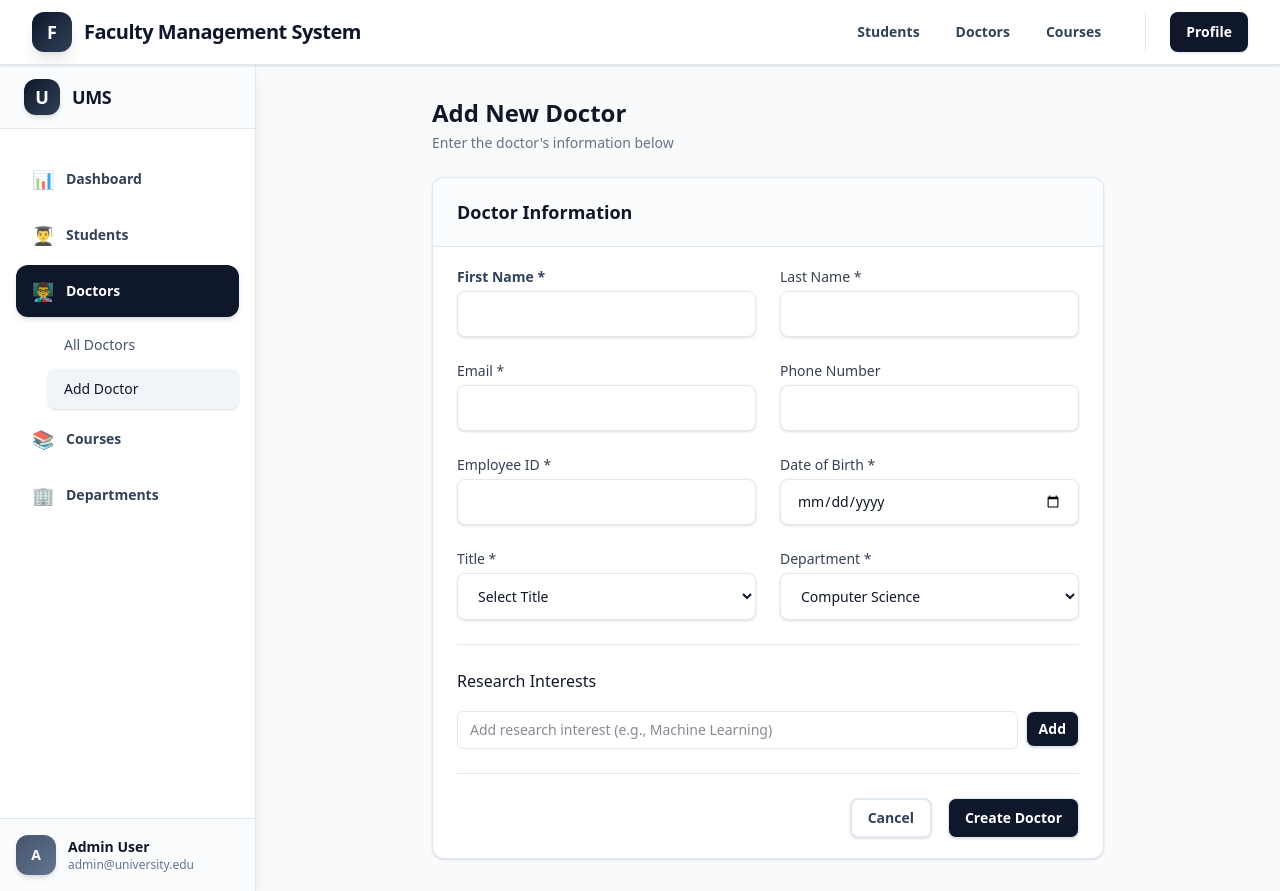
Repository: Mohamedmohsen179/Advanced-DB-Task
Page: /doctors/new (app in frontend/)
An editor plug-in stored every save of this project. The page is shown before and after a run of saves, followed by the edit.
The browser window is 1280 px wide. The pictures show the whole page.
The page's requests for data from a server got no answer. The project was rebuilt for these pictures with package versions that can differ from the ones it lists, and the page was loaded fresh each time. The framework's server and built-in components were replaced by stand-ins that run in the browser. No one was signed in, and anything a server would have sent is missing. Also part of the build but not shown: frontend/next.config.ts.

Above is the page before, as saved 2025-11-28 19:04:01.

After the next 2 saves:
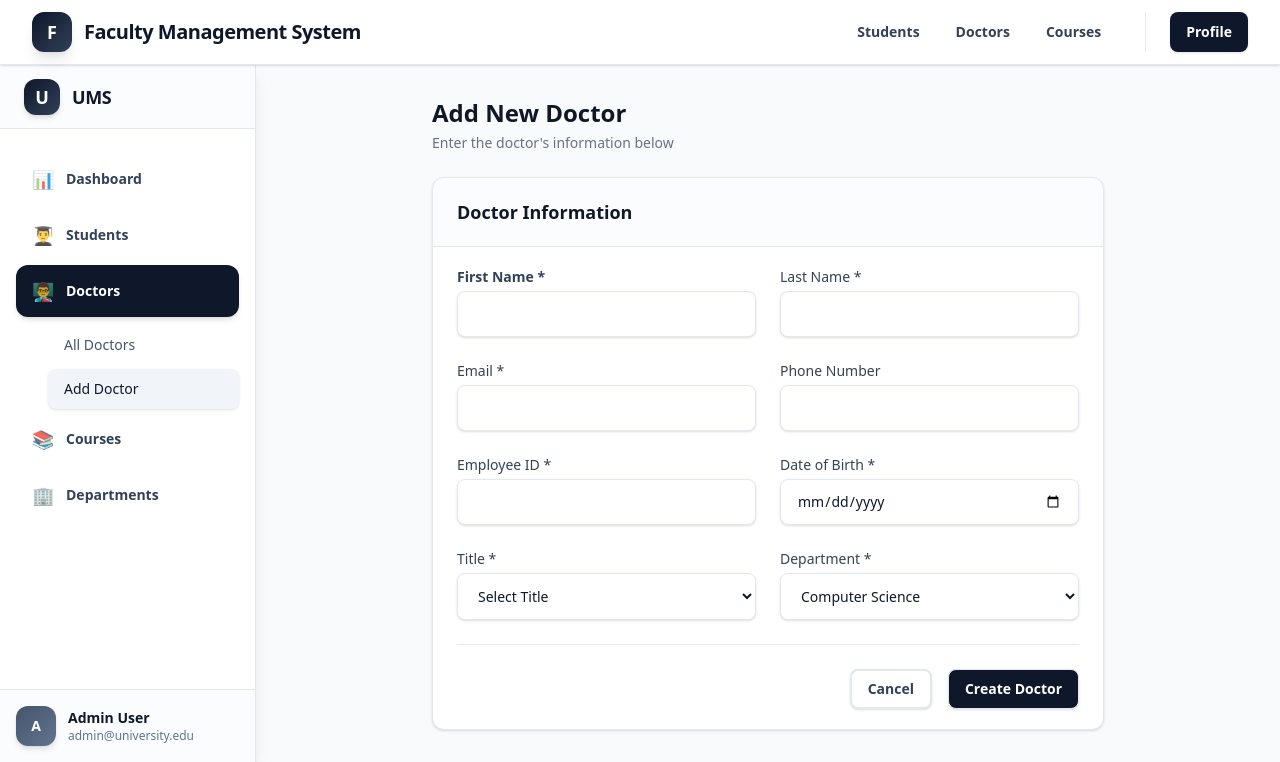
The 2 saves are shown as one change because they came seconds apart.
The last was saved 10 s later.
--- a/frontend/app/doctors/new/page.tsx
+++ b/frontend/app/doctors/new/page.tsx
@@ -259,40 +259,6 @@ export default function NewDoctorPage() {
             </div>
 
 
-
-            {/* Research Interests */}
-            <div className="border-t border-gray-200 pt-6">
-              <h3 className="text-md font-medium text-gray-900 mb-4">Research Interests</h3>
-              <div className="flex gap-2 mb-3">
-                <input
-                  type="text"
-                  placeholder="Add research interest (e.g., Machine Learning)"
-                  value={researchInput}
-                  onChange={(e) => setResearchInput(e.target.value)}
-                  className="flex-1 border border-gray-300 rounded-md px-3 py-2 text-sm focus:outline-none focus:ring-2 focus:ring-blue-500 focus:border-blue-500"
-                />
-                <Button type="button" onClick={addResearchInterest} size="sm">
-                  Add
-                </Button>
-              </div>
-              {formData.researchInterests.length > 0 && (
-                <div className="flex flex-wrap gap-2">
-                  {formData.researchInterests.map((interest, index) => (
-                    <div key={index} className="flex items-center bg-blue-50 px-3 py-1 rounded-full">
-                      <span className="text-sm text-blue-800">{interest}</span>
-                      <button
-                        type="button"
-                        onClick={() => removeResearchInterest(index)}
-                        className="ml-2 text-blue-600 hover:text-blue-800"
-                      >
-                        ×
-                      </button>
-                    </div>
-                  ))}
-                </div>
-              )}
-            </div>
-
             <div className="flex justify-end space-x-4 pt-6 border-t border-gray-200">
               <Button
                 type="button"
